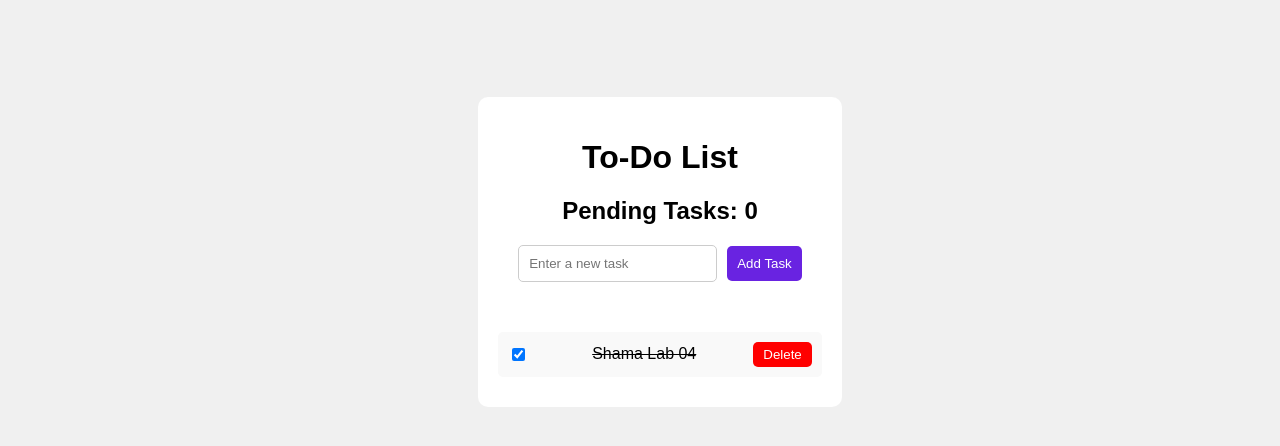
Repository: jgache/COMP-3170-0-Lab4
Page: /
The author's editor kept a copy of each file at every save. The page is drawn from the files as they stood at one save, then again after a run of saves.
The browser window is 1280 px wide. The pictures show the whole page.
The project was rebuilt for these pictures with package versions that can differ from the ones it lists, and the page was loaded fresh each time. Also part of the build but not shown: vite.config.js.

Above is the page before, as saved 2024-10-22 16:07:41.

After the next 2 saves:
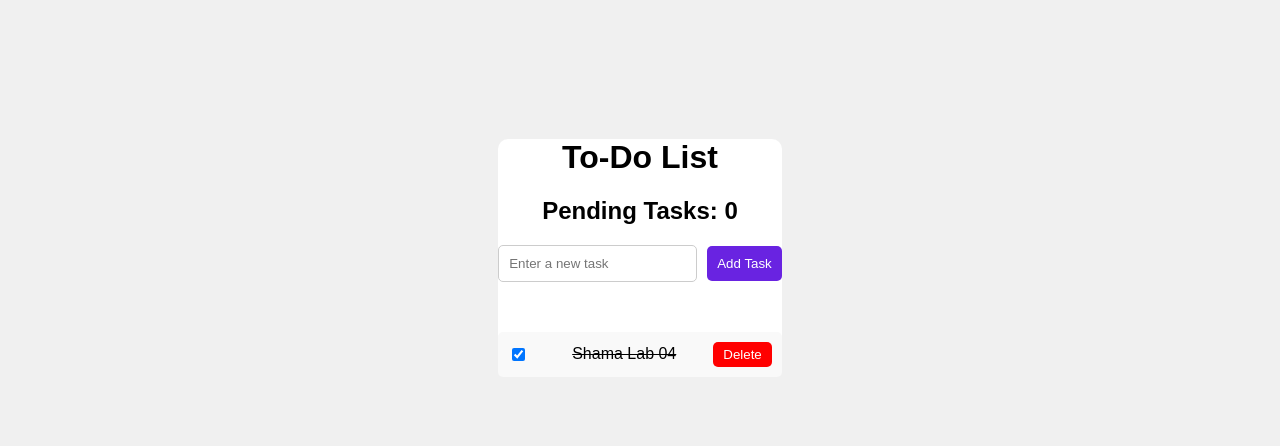
The 2 saves are shown as one change because they came seconds apart.
The last was saved 22 s later.
--- a/src/index.css
+++ b/src/index.css
@@ -13,7 +13,7 @@
 
 .app-container {
     text-align: center;
-    padding: 20px;
+    padding: 0px;
     background-color: white;
     border-radius: 10px;
     max-width: 800px;

After the save that followed:
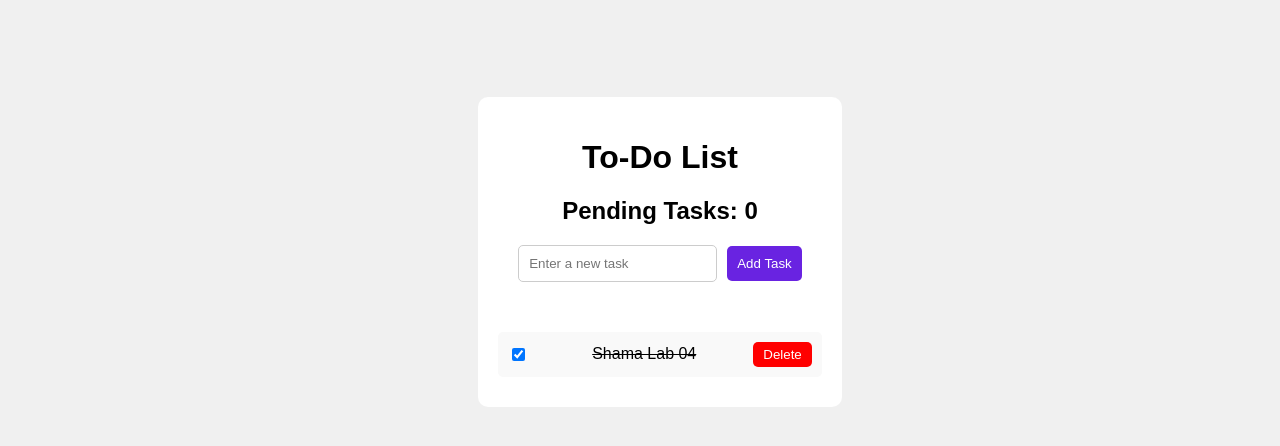
Saved 8 s later.
--- a/src/index.css
+++ b/src/index.css
@@ -13,7 +13,7 @@
 
 .app-container {
     text-align: center;
-    padding: 0px;
+    padding: 20px;
     background-color: white;
     border-radius: 10px;
     max-width: 800px;
